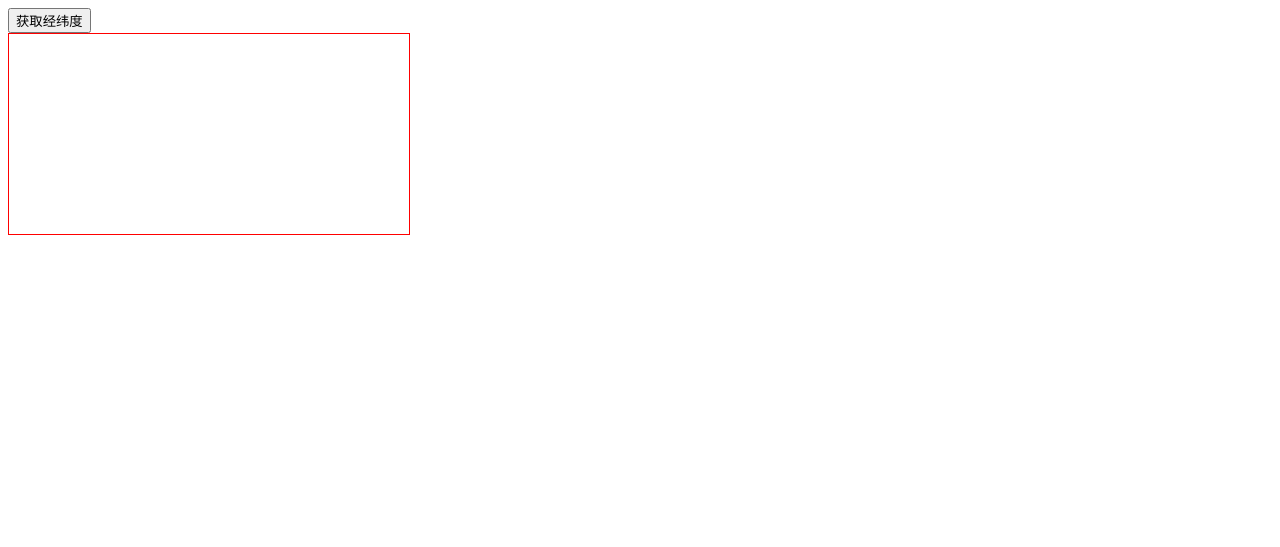
Repository: tfdonna/fontend
Page: js第一阶段/jquery/WebContent/定位.html
These files come from the project's save history. The page is drawn as it stood at one moment and after the next save; the edit follows.
The browser window is 1280 px wide. The pictures show the whole page.

Above is the page before, as saved 2021-09-07 12:29:52.

### js第一阶段/jquery/WebContent/定位.html
<!DOCTYPE html>
<html>
<head>
    <meta charset="UTF-8">
	<title>经纬度获取</title>
	<style type="text/css">
	#box{
		width: 400px;
		height: 200px;
		border: 1px solid red;
	}
	</style>
</head>
<body>
    <button>获取经纬度</button>
    <div id="box"></div>

    <script type="text/javascript">
        var btn = document.querySelector('button');
        var box = document.querySelector('#box')

        btn.onclick = function () {

		}
    </script>
</body>
</html>

After the next save:
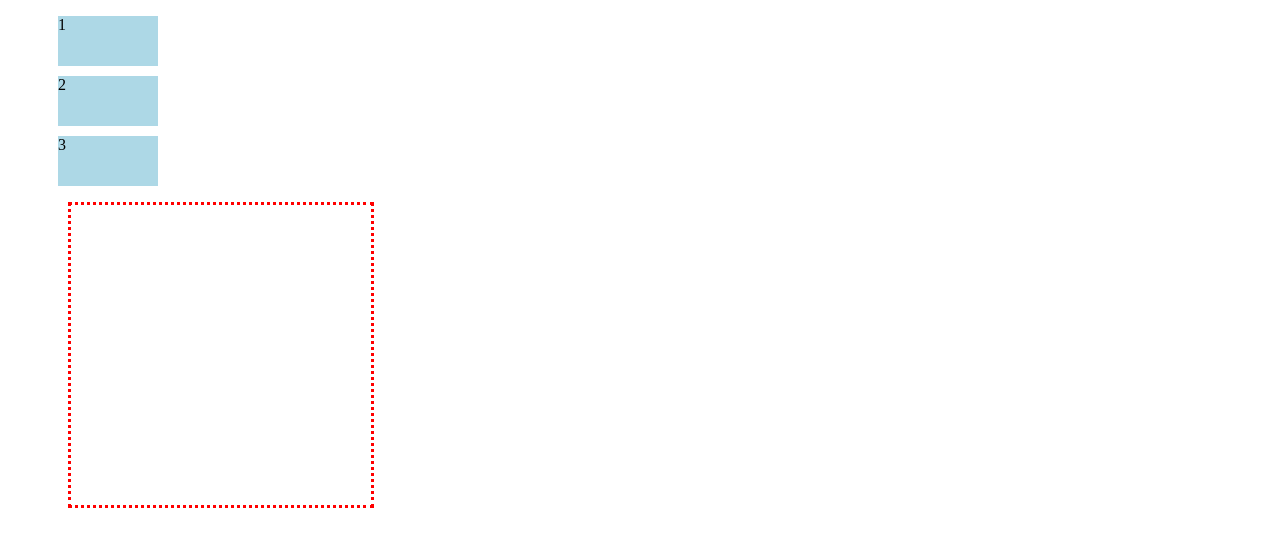
Saved 10 min 12 s later.
--- a/js第一阶段/jquery/WebContent/定位.html
+++ b/js第一阶段/jquery/WebContent/定位.html
@@ -1,27 +1,83 @@
 <!DOCTYPE html>
-<html>
+<html lang="en">
+
 <head>
     <meta charset="UTF-8">
-	<title>经纬度获取</title>
-	<style type="text/css">
-	#box{
-		width: 400px;
-		height: 200px;
-		border: 1px solid red;
-	}
-	</style>
+    <meta http-equiv="X-UA-Compatible" content="IE=edge">
+    <meta name="viewport" content="width=device-width, initial-scale=1.0">
+    <title>Document</title>
+    <style>
+        ul,
+        li {
+            list-style: none;
+        }
+
+        li {
+            width: 100px;
+            height: 50px;
+            background: lightblue;
+            margin: 10px;
+        }
+
+        .box {
+            width: 300px;
+            height: 300px;
+            border: 3px dotted red;
+            margin-left: 60px;
+        }
+    </style>
 </head>
+
 <body>
-    <button>获取经纬度</button>
-    <div id="box"></div>
+    <ul>
+        <!-- draggable="true"  设置dom节点可以拖动 -->
+        <li draggable="true">1</li>
+        <li draggable="true">2</li>
+        <li draggable="true">3</li>
+    </ul>
 
-    <script type="text/javascript">
-        var btn = document.querySelector('button');
-        var box = document.querySelector('#box')
+    <div class="box"></div>
+    <script>
+        window.onload = function () {
+            //获取dom节点
+            var oUl = document.querySelector('ul');
+            var aLi = oUl.querySelectorAll('li');
+            var oBox = document.querySelector('.box');
 
-        btn.onclick = function () {
+            //拖拽元素
+            for (var i = 0; i < aLi.length; i++) {
+                //1.开始拖拽
+                aLi[i].ondragstart = function (ev) {
+                    this.style.background = 'pink';
+                    //拖拽时传递参数
+                    ev.dataTransfer.setData('text', this.innerHTML);
+                }
+            }
 
-		}
+            //进入拖拽的目的地
+            oBox.ondragenter = function () {
+                this.style.background = "orange";
+            }
+            //想要 drop事件触发，必须在dragover 阻止默认事件
+            oBox.ondragover = function (ev) {
+                ev.preventDefault();
+            }
+            //默认 即使在 目的地的上面释放鼠标，也不会触发 drop；   ***
+            oBox.ondrop = function (ev) {
+                console.log('在目的地上释放了鼠标');
+                console.log(ev.dataTransfer.getData('text'));
+                var oLi = document.createElement('li');
+                //ev.dataTransfer.getData 获取拖拽的参数
+                oLi.innerHTML = ev.dataTransfer.getData('text');
+                oBox.appendChild(oLi);
+            }
+            //从目的地离开
+            oBox.ondragleave = function () {
+                this.style.background = 'lightblue';
+            }
+        }
+        //拖拽顺序：   dragstart   drag  dragenter  dragover  dragleave  dragend
     </script>
 </body>
+
 </html>
